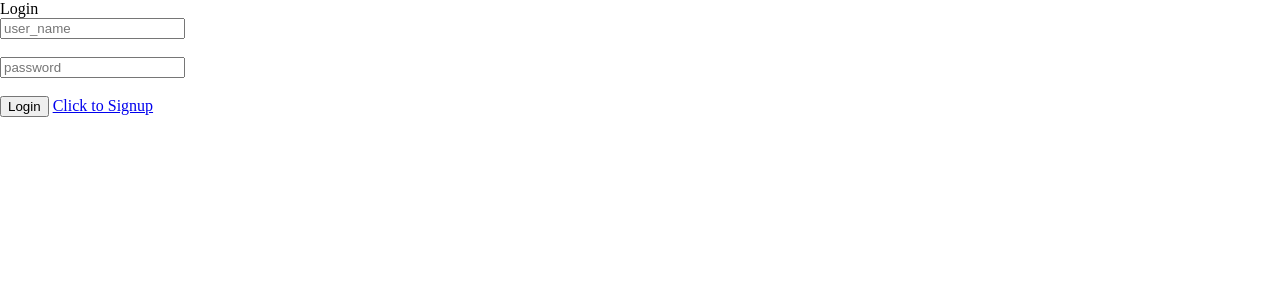
Repository: prathyushaa5/artgallery
Page: http://localhost/index/login.php
An editor plug-in stored every save of this project. The page is shown before and after the next save, followed by the edit.
The browser window is 1280 px wide. The pictures show the whole page.
The page is run by PHP 8.4 with error messages shown; the project is at /var/www/html/.

Above is the page before, as saved 2023-11-16 13:35:30.

### index/login.php
<?php
session_start();
include("connection.php");
include("functions.php");


if($_SERVER['REQUEST_METHOD']== "POST"){
 //something was posted

$user_name= $_POST['user_name'];
$password= $_POST['password'];
if(!empty($user_name)&& !empty($password)){
  //read from database;
  $user_id=random_num(10);
  $query="select * from users where user_name='$user_name' limit 1";
  $result=mysqli_query($con,$query);
  if($result){
    if($result && mysqli_num_rows($result)>0)
{
    $user_data=mysqli_fetch_assoc($result);
     if($user_data['password']==$password){
        $_SESSION['user_id']=$user_data['user_id'];
        header("Location: art.php");
        die;
     }
}
 }
 echo "Please enter valid username or password!";

}else{
 echo "Please enter valid username or password!";
}
}


?>

<!DOCTYPE html>
<html lang="en">
<head>
    <meta charset="UTF-8">
    <meta name="viewport" content="width=device-width, initial-scale=1.0">
    <title>Login</title>
    <link rel="stylesheet" href="../index/style.css">
</head>
<body>
    <div class="box">
    <form method="post">
        <div class="login">Login</div>
    <input type="text" name="user_name" id="user_name" placeholder="user_name"><br><br>
    <input type="password" name="password" id="password" placeholder="password"><br><br>
    <input type="submit" value="Login">
    <a href="signup.php"> Click to Signup</a>
    </form>
    </div>
</body>
</html>

### index/connection.php
<?php

$dbhost="localhost";
$dbuser="root";
$dbpass="";
$dbname="artgallery";

if(!$con=mysqli_connect($dbhost,$dbuser,$dbpass,$dbname)){
  die("failed connection");
}

### index/functions.php
<?php


function check_login($con){

  if(isset($_SESSION['user_id'])){

    $id=$_SESSION['user_id'];
    $query="select * from users where user_id='$id' limit 1";
    $result=mysqli_query($con,$query);
    if($result&&mysqli_num_rows($result)>0){
       $user_data=mysqli_fetch_assoc($result);
       return $user_data;
    }
  }
  //redirect to login
  header("Location :login.php");
  die;
}

function random_num($length){
    $text="";
    if($length<5){
        $length=5;
    }
    $len=rand(4,$length);
    for($i=0;$i<$len;$i++){
        $text .=rand(0,9);

    }
    return $text;
}

### index/style.css
body{
    padding:0px;
    margin:0px;
    background-color:#ffffff;
}

After the next save:
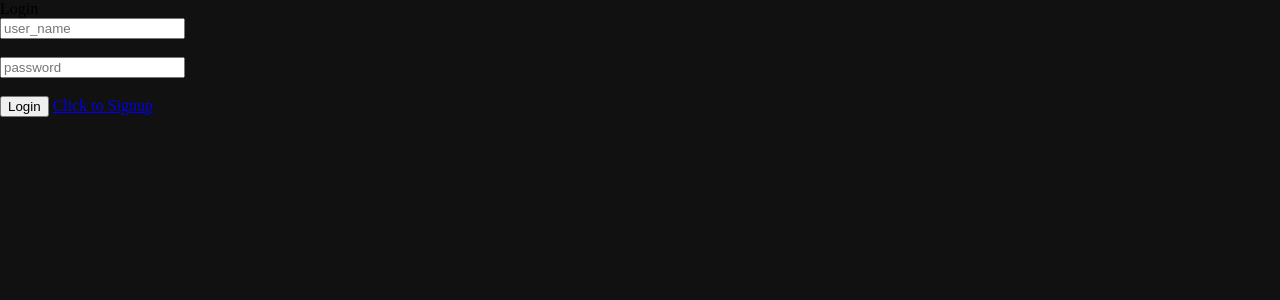
Saved 24 s later.
--- a/index/style.css
+++ b/index/style.css
@@ -1,5 +1,8 @@
 body{
     padding:0px;
     margin:0px;
-    background-color:#ffffff;
+    background-color:#111111;
 }
+.box{
+
+}

After the save that followed:
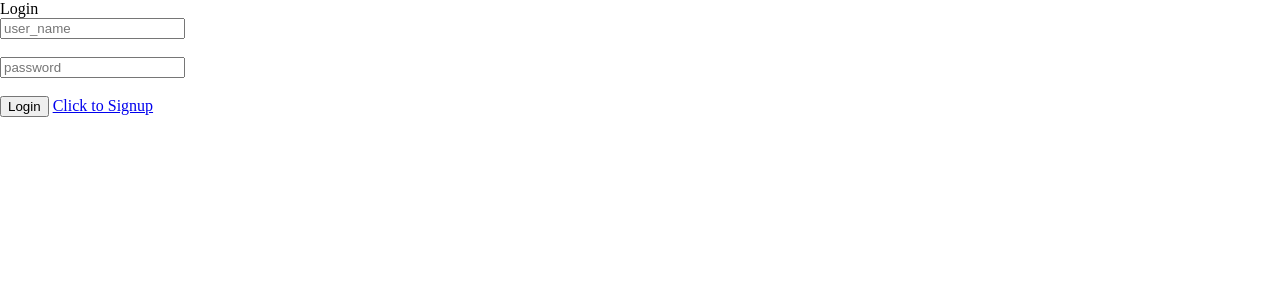
Saved 8 s later.
--- a/index/style.css
+++ b/index/style.css
@@ -1,7 +1,7 @@
 body{
     padding:0px;
     margin:0px;
-    background-color:#111111;
+    background-color:#ffffff;
 }
 .box{
 
